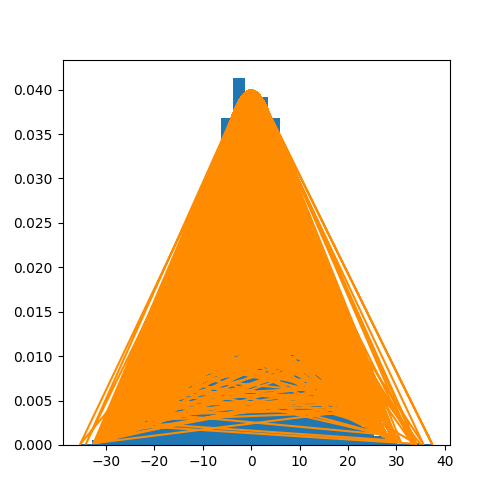
Repository: nishimuraHikar/PythonShowGraph
Script's output: python main.py
These files come from the project's save history. The script's output is drawn as it stood at one moment and after the next save; the edit follows.
Random numbers start from a fixed seed.

Above is the script's output before, as saved 2022-03-03 02:07:17.

After the next save:
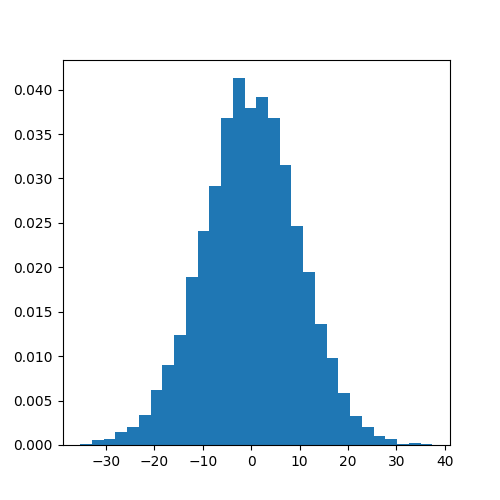
Saved 20 s later.
--- a/graph.py
+++ b/graph.py
@@ -98,6 +98,7 @@ def histgram(data, binsnum, scale):
     fig = plt.figure(figsize = [5,5])
     ax = fig.add_subplot(111)
     ax.hist(data, bins = binsnum, density = True)
-    Y = norm.pdf(data, loc=0, scale=10)
-    ax.plot(data, Y, c="darkorange")
+    X = np.linspace(-1.0, 1.0, 100)
+    Y = norm.pdf(X, loc=0, scale=scale)
+    # ax.plot(X, Y, c="darkorange")
     plt.show()
